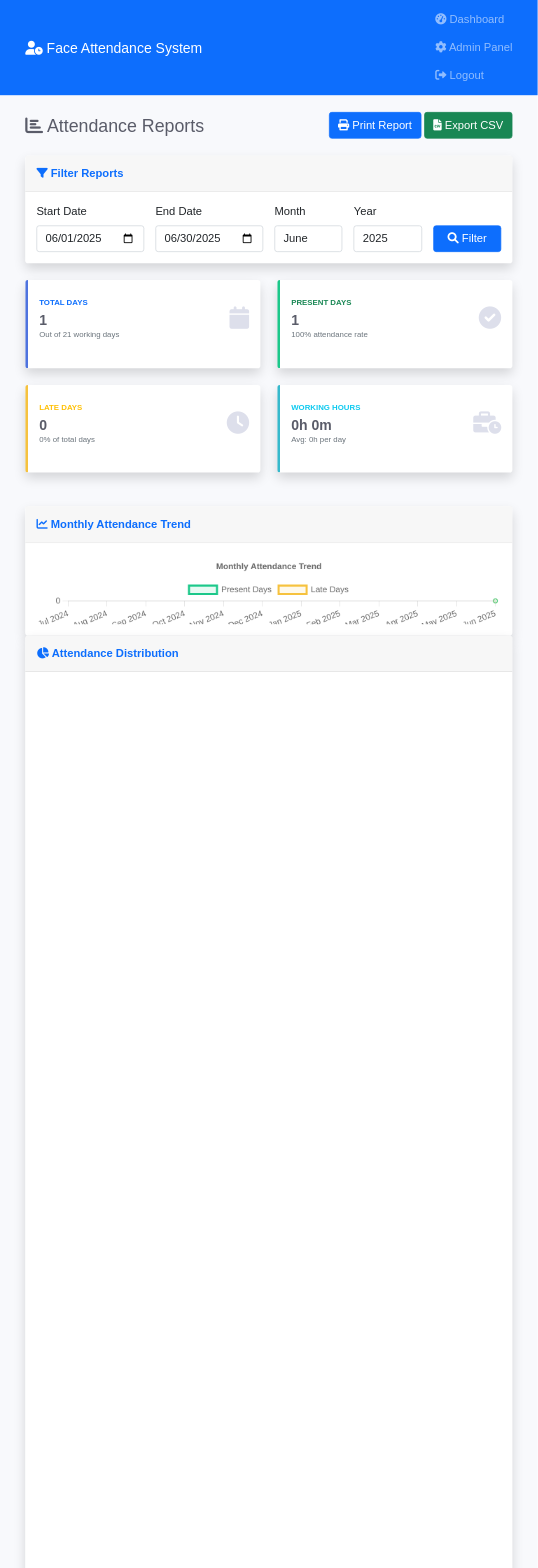
Repository: Ravindu1661/Face-Recognition-Attendance-System
Page: http://localhost/face-attendance-system/reports.php
The author's editor kept a copy of each file at every save. The page is drawn from the files as they stood at one save, then again after the next save.
The browser window is 768 px wide. The pictures show the part of the page from y = 0 to 2240 px (the page is 8280 px tall before and 8260 px after), at 70% of full size.
The page is run by PHP 8.4 with error messages shown; the project is at /var/www/html/. The session is filled in as if someone had signed in: {"user_id": 1, "name": "System Administrator", "email": "admin@company.com", "role": "admin"}. Other server files are loaded and not shown. The database holds what the project's SQL file puts in it.

Above is the page before, as saved 2025-06-11 23:57:39.

### assets/css/style.css
/* Main Styles */
body {
    font-family: 'Nunito', sans-serif;
    background-color: #f8f9fc;
}

.bg-gradient-primary {
    background: linear-gradient(180deg, #4e73df 10%, #224abe 100%);
    min-height: 100vh;
}

.card {
    box-shadow: 0 0.15rem 1.75rem 0 rgba(58, 59, 69, 0.15);
    border: none;
}

.form-control-user {
    border-radius: 10rem;
    padding: 1.5rem 1rem;
}

.btn-user {
    border-radius: 10rem;
    padding: 0.75rem 1rem;
    font-size: 0.8rem;
    font-weight: bold;
    text-transform: uppercase;
    letter-spacing: 0.1rem;
}

/* Face Recognition Styles */
#video {
    border: 3px solid #4e73df;
    border-radius: 10px;
    box-shadow: 0 4px 6px rgba(0, 0, 0, 0.1);
}

.camera-container {
    position: relative;
    display: inline-block;
}

.face-overlay {
    position: absolute;
    border: 2px solid #28a745;
    border-radius: 4px;
    background: rgba(40, 167, 69, 0.1);
}

/* Dashboard Styles */
.dashboard-card {
    transition: transform 0.2s;
}

.dashboard-card:hover {
    transform: translateY(-5px);
}

.attendance-status {
    padding: 0.5rem 1rem;
    border-radius: 20px;
    font-weight: bold;
    text-transform: uppercase;
    font-size: 0.8rem;
}

.status-present {
    background-color: #d4edda;
    color: #155724;
}

.status-late {
    background-color: #fff3cd;
    color: #856404;
}

.status-absent {
    background-color: #f8d7da;
    color: #721c24;
}

/* Loading Animation */
.loading-spinner {
    display: inline-block;
    width: 40px;
    height: 40px;
    border: 3px solid #f3f3f3;
    border-top: 3px solid #4e73df;
    border-radius: 50%;
    animation: spin 1s linear infinite;
}

@keyframes spin {
    0% { transform: rotate(0deg); }
    100% { transform: rotate(360deg); }
}

/* Responsive Design */
@media (max-width: 768px) {
    #video {
        width: 100%;
        max-width: 400px;
        height: auto;
    }

    .btn-group-mobile {
        display: flex;
        flex-direction: column;
        gap: 10px;
    }

    .btn-group-mobile .btn {
        width: 100%;
    }
}

/* Alert Styles */
.alert-custom {
    border-radius: 10px;
    border: none;
    box-shadow: 0 2px 4px rgba(0, 0, 0, 0.1);
}

/* Table Styles */
.table-custom {
    background: white;
    border-radius: 10px;
    overflow: hidden;
    box-shadow: 0 2px 4px rgba(0, 0, 0, 0.1);
}

.table-custom th {
    background-color: #4e73df;
    color: white;
    border: none;
    font-weight: 600;
    text-transform: uppercase;
    font-size: 0.8rem;
    letter-spacing: 0.05rem;
}

.table-custom td {
    border-color: #e3e6f0;
    vertical-align: middle;
}

/* Navigation Styles */
.navbar-custom {
    box-shadow: 0 2px 4px rgba(0, 0, 0, 0.1);
}

.nav-link:hover {
    color: #4e73df !important;
}

/* Print Styles */
@media print {
    .no-print {
        display: none !important;
    }

    .card {
        border: 1px solid #dee2e6 !important;
        box-shadow: none !important;
    }

    .table {
        font-size: 12px;
    }

    .badge {
        border: 1px solid #000;
        color: #000 !important;
        background-color: transparent !important;
    }

    canvas {
        display: none !important;
    }
}

/* Report specific styles */
.stat-card {
    transition: all 0.3s ease;
}

.stat-card:hover {
    transform: translateY(-5px);
    box-shadow: 0 0.5rem 1rem rgba(0, 0, 0, 0.15) !important;
}

.table-hover tbody tr:hover {
    background-color: rgba(0, 0, 0, 0.075);
}

.border-right {
    border-right: 1px solid #e3e6f0;
}

/* Chart containers */
.chart-container {
    position: relative;
    height: 300px;
}

/* Status badges */
.badge {
    font-size: 0.75em;
}

/* Modal improvements */
.modal-lg {
    max-width: 900px;
}

/* Responsive improvements */
@media (max-width: 768px) {
    .stat-card {
        margin-bottom: 1rem;
    }

    .table-responsive {
        font-size: 0.875rem;
    }

    .btn-group-sm > .btn {
        padding: 0.25rem 0.5rem;
        font-size: 0.75rem;
    }
}

/* Loading states */
.loading {
    opacity: 0.6;
    pointer-events: none;
}

.spinner-border-sm {
    width: 1rem;
    height: 1rem;
}

/* Custom scrollbar for tables */
.table-responsive::-webkit-scrollbar {
    height: 8px;
}

.table-responsive::-webkit-scrollbar-track {
    background: #f1f1f1;
    border-radius: 4px;
}

.table-responsive::-webkit-scrollbar-thumb {
    background: #c1c1c1;
    border-radius: 4px;
}

.table-responsive::-webkit-scrollbar-thumb:hover {
    background: #a8a8a8;
}

### face_attendance_db.sql (the tables this page reads)
CREATE TABLE `attendance` (
  `id` int(11) NOT NULL,
  `user_id` int(11) NOT NULL,
  `date` date NOT NULL,
  `check_in_time` time DEFAULT NULL,
  `check_out_time` time DEFAULT NULL,
  `status` enum('present','absent','late') DEFAULT 'present',
  `confidence_score` decimal(5,4) DEFAULT NULL,
  `ip_address` varchar(45) DEFAULT NULL,
  `created_at` timestamp NOT NULL DEFAULT current_timestamp(),
  `updated_at` timestamp NOT NULL DEFAULT current_timestamp() ON UPDATE current_timestamp(),
  `time_in` time DEFAULT NULL,
  `time_out` time DEFAULT NULL,
  `image_path` varchar(255) DEFAULT NULL,
  `notes` text DEFAULT NULL
) ENGINE=InnoDB DEFAULT CHARSET=utf8mb4 COLLATE=utf8mb4_general_ci;

INSERT INTO `attendance` (`id`, `user_id`, `date`, `check_in_time`, `check_out_time`, `status`, `confidence_score`, `ip_address`, `created_at`, `updated_at`, `time_in`, `time_out`, `image_path`, `notes`) VALUES
(1, 2, '2025-06-11', NULL, NULL, 'present', NULL, NULL, '2025-06-11 18:14:31', '2025-06-11 18:19:30', '23:44:31', '20:19:30', 'uploads/attendance/attendance_2_2025-06-11_20-14-31.jpg', NULL),
(2, 2, '2025-06-12', NULL, NULL, 'present', NULL, NULL, '2025-06-11 18:30:43', '2025-06-11 18:30:43', '00:00:43', NULL, 'uploads/attendance/attendance_2_2025-06-11_20-30-43.jpg', NULL),
(3, 1, '2025-06-12', NULL, NULL, 'present', NULL, NULL, '2025-06-11 18:42:18', '2025-06-11 18:42:18', '00:12:18', NULL, 'uploads/attendance/attendance_1_2025-06-11_20-42-18.jpg', NULL),
(4, 3, '2025-06-12', NULL, NULL, 'present', NULL, NULL, '2025-06-11 18:50:54', '2025-06-11 18:50:54', '00:20:54', NULL, 'uploads/attendance/attendance_3_2025-06-11_20-50-54.jpg', NULL);

ALTER TABLE `attendance`
  ADD PRIMARY KEY (`id`),
  ADD UNIQUE KEY `unique_user_date` (`user_id`,`date`),
  ADD KEY `idx_attendance_date` (`date`),
  ADD KEY `idx_attendance_user_date` (`user_id`,`date`);

ALTER TABLE `attendance`
  MODIFY `id` int(11) NOT NULL AUTO_INCREMENT, AUTO_INCREMENT=5;

ALTER TABLE `attendance`
  ADD CONSTRAINT `attendance_ibfk_1` FOREIGN KEY (`user_id`) REFERENCES `users` (`id`) ON DELETE CASCADE;

Loaded but not shown: includes/config.php (63 lines, source omitted); reports.php (808 lines, source omitted)

After the next save:
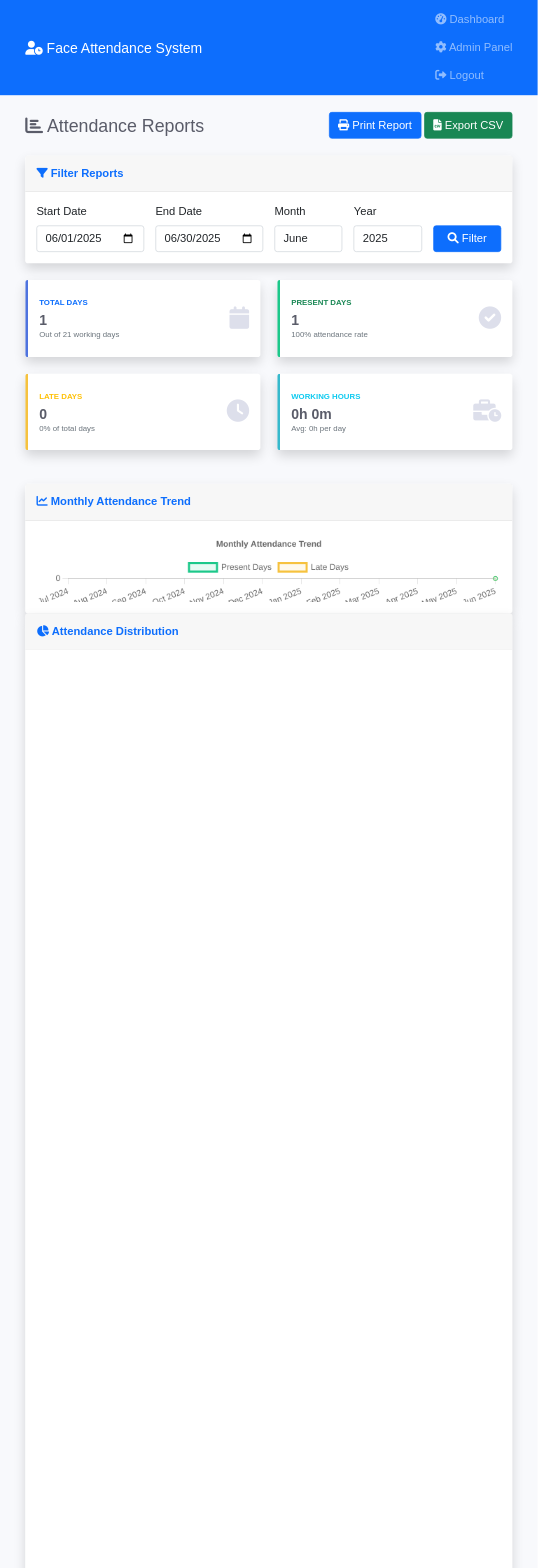
Saved 51 s later.
--- a/assets/css/style.css
+++ b/assets/css/style.css
@@ -152,109 +152,3 @@ body {
 .nav-link:hover {
     color: #4e73df !important;
 }
-
-/* Print Styles */
-@media print {
-    .no-print {
-        display: none !important;
-    }
-
-    .card {
-        border: 1px solid #dee2e6 !important;
-        box-shadow: none !important;
-    }
-
-    .table {
-        font-size: 12px;
-    }
-
-    .badge {
-        border: 1px solid #000;
-        color: #000 !important;
-        background-color: transparent !important;
-    }
-
-    canvas {
-        display: none !important;
-    }
-}
-
-/* Report specific styles */
-.stat-card {
-    transition: all 0.3s ease;
-}
-
-.stat-card:hover {
-    transform: translateY(-5px);
-    box-shadow: 0 0.5rem 1rem rgba(0, 0, 0, 0.15) !important;
-}
-
-.table-hover tbody tr:hover {
-    background-color: rgba(0, 0, 0, 0.075);
-}
-
-.border-right {
-    border-right: 1px solid #e3e6f0;
-}
-
-/* Chart containers */
-.chart-container {
-    position: relative;
-    height: 300px;
-}
-
-/* Status badges */
-.badge {
-    font-size: 0.75em;
-}
-
-/* Modal improvements */
-.modal-lg {
-    max-width: 900px;
-}
-
-/* Responsive improvements */
-@media (max-width: 768px) {
-    .stat-card {
-        margin-bottom: 1rem;
-    }
-
-    .table-responsive {
-        font-size: 0.875rem;
-    }
-
-    .btn-group-sm > .btn {
-        padding: 0.25rem 0.5rem;
-        font-size: 0.75rem;
-    }
-}
-
-/* Loading states */
-.loading {
-    opacity: 0.6;
-    pointer-events: none;
-}
-
-.spinner-border-sm {
-    width: 1rem;
-    height: 1rem;
-}
-
-/* Custom scrollbar for tables */
-.table-responsive::-webkit-scrollbar {
-    height: 8px;
-}
-
-.table-responsive::-webkit-scrollbar-track {
-    background: #f1f1f1;
-    border-radius: 4px;
-}
-
-.table-responsive::-webkit-scrollbar-thumb {
-    background: #c1c1c1;
-    border-radius: 4px;
-}
-
-.table-responsive::-webkit-scrollbar-thumb:hover {
-    background: #a8a8a8;
-}

After the save that followed:
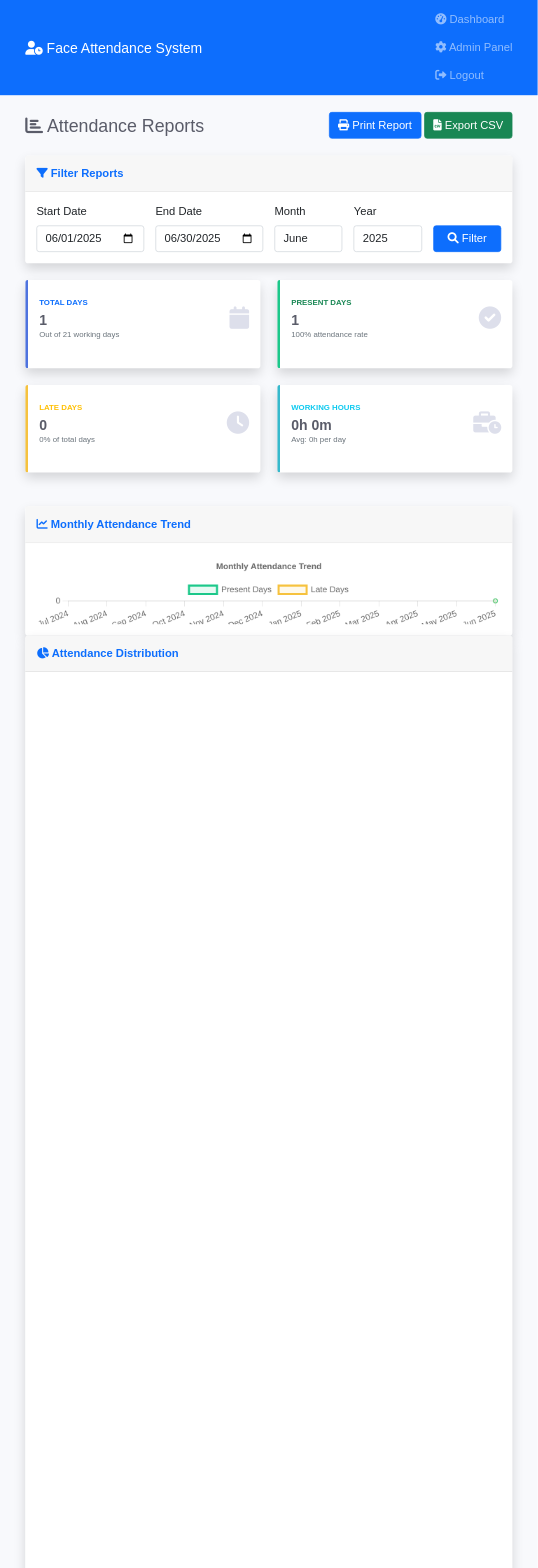
Saved 9 s later.
--- a/assets/css/style.css
+++ b/assets/css/style.css
@@ -152,3 +152,109 @@ body {
 .nav-link:hover {
     color: #4e73df !important;
 }
+
+/* Print Styles */
+@media print {
+    .no-print {
+        display: none !important;
+    }
+
+    .card {
+        border: 1px solid #dee2e6 !important;
+        box-shadow: none !important;
+    }
+
+    .table {
+        font-size: 12px;
+    }
+
+    .badge {
+        border: 1px solid #000;
+        color: #000 !important;
+        background-color: transparent !important;
+    }
+
+    canvas {
+        display: none !important;
+    }
+}
+
+/* Report specific styles */
+.stat-card {
+    transition: all 0.3s ease;
+}
+
+.stat-card:hover {
+    transform: translateY(-5px);
+    box-shadow: 0 0.5rem 1rem rgba(0, 0, 0, 0.15) !important;
+}
+
+.table-hover tbody tr:hover {
+    background-color: rgba(0, 0, 0, 0.075);
+}
+
+.border-right {
+    border-right: 1px solid #e3e6f0;
+}
+
+/* Chart containers */
+.chart-container {
+    position: relative;
+    height: 300px;
+}
+
+/* Status badges */
+.badge {
+    font-size: 0.75em;
+}
+
+/* Modal improvements */
+.modal-lg {
+    max-width: 900px;
+}
+
+/* Responsive improvements */
+@media (max-width: 768px) {
+    .stat-card {
+        margin-bottom: 1rem;
+    }
+
+    .table-responsive {
+        font-size: 0.875rem;
+    }
+
+    .btn-group-sm > .btn {
+        padding: 0.25rem 0.5rem;
+        font-size: 0.75rem;
+    }
+}
+
+/* Loading states */
+.loading {
+    opacity: 0.6;
+    pointer-events: none;
+}
+
+.spinner-border-sm {
+    width: 1rem;
+    height: 1rem;
+}
+
+/* Custom scrollbar for tables */
+.table-responsive::-webkit-scrollbar {
+    height: 8px;
+}
+
+.table-responsive::-webkit-scrollbar-track {
+    background: #f1f1f1;
+    border-radius: 4px;
+}
+
+.table-responsive::-webkit-scrollbar-thumb {
+    background: #c1c1c1;
+    border-radius: 4px;
+}
+
+.table-responsive::-webkit-scrollbar-thumb:hover {
+    background: #a8a8a8;
+}
